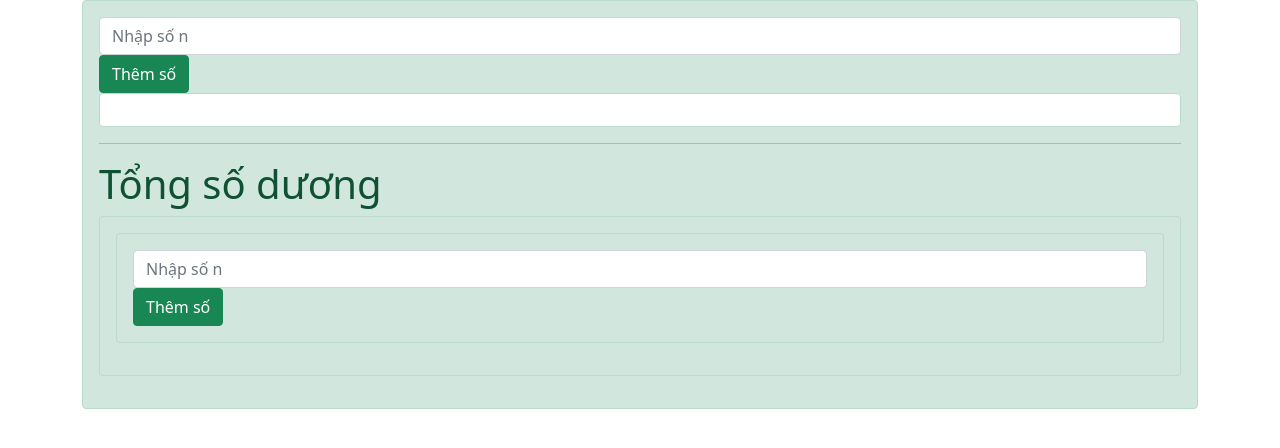
Repository: qkhanh1104k/Js-buoi7-8
Page: index.html
These files come from the project's save history. The page is drawn as it stood at one moment and after the next save; the edit follows.
The browser window is 1280 px wide. The pictures show the whole page.

Above is the page before, as saved 2022-07-26 19:20:50.

### index.html
<!DOCTYPE html>
<html lang="en">
  <head>
    <meta charset="UTF-8" />
    <meta http-equiv="X-UA-Compatible" content="IE=edge" />
    <meta name="viewport" content="width=device-width, initial-scale=1.0" />
    <title>Document</title>
    <link
      href="https://cdn.jsdelivr.net/npm/bootstrap@5.1.3/dist/css/bootstrap.min.css"
      rel="stylesheet"
      integrity="sha384-1BmE4kWBq78iYhFldvKuhfTAU6auU8tT94WrHftjDbrCEXSU1oBoqyl2QvZ6jIW3"
      crossorigin="anonymous"
    />
  </head>
  <body>
    <div class="container">
      <div>
        <div class="alert alert-success">
          <input
            type="text"
            placeholder="Nhập số n"
            id="txtNum"
            class="form-control"
          />
          <button class="btn btn-success" onclick="addNum()">Thêm số</button>
          <div class="alert alert-success" id="resultBt1" style="background-color:#fff ;"></div>
          <hr>
          <h1>Tổng số dương</h1>
          <div class="alert alert-success" id="resultBt1">
            <div class="alert alert-success">
              <input
                type="text"
                placeholder="Nhập số n"
                id="txtNum"
                class="form-control"
              />
              <button class="btn btn-success" onclick="addNum()">Thêm số</button>
          </div>
        </div>
      </div>
    </div>
    <script src="./index.js"></script>
  </body>
</html>

### index.js
var txtNum = [ ];

function addNum(){
    var inputNum = document.getElementById("txtNum").value*1
    txtNum.push(inputNum);
    document.getElementById("resultBt1").innerHTML = txtNum;
}

After the next save:
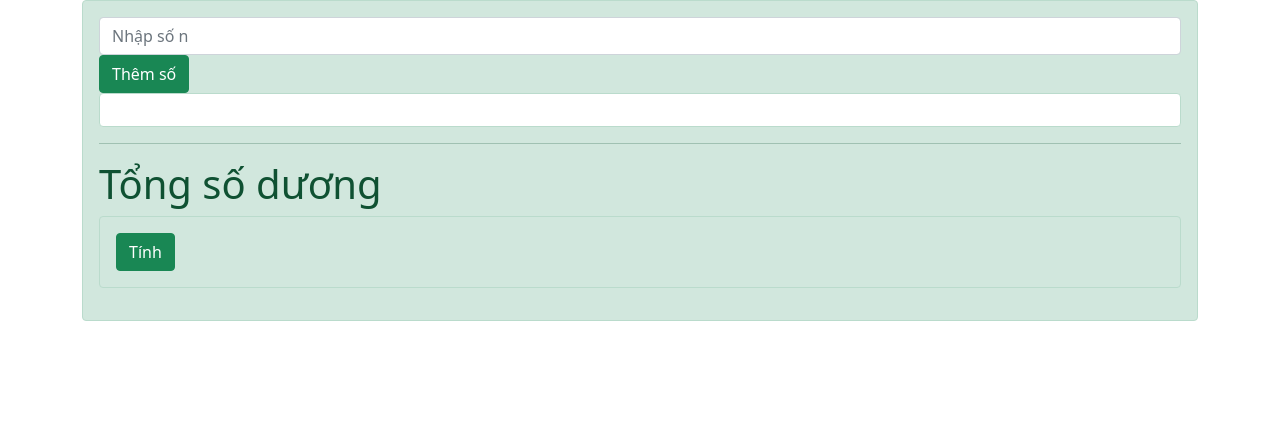
Saved 107 s later.
--- a/index.html
+++ b/index.html
@@ -26,15 +26,10 @@
           <div class="alert alert-success" id="resultBt1" style="background-color:#fff ;"></div>
           <hr>
           <h1>Tổng số dương</h1>
-          <div class="alert alert-success" id="resultBt1">
-            <div class="alert alert-success">
-              <input
-                type="text"
-                placeholder="Nhập số n"
-                id="txtNum"
-                class="form-control"
-              />
-              <button class="btn btn-success" onclick="addNum()">Thêm số</button>
+          <div>
+            <div class="alert alert-success" id="resBt2">
+              <button class="btn btn-success" onclick="demoWhile2()">Tính</button>
+            </div>
           </div>
         </div>
       </div>
